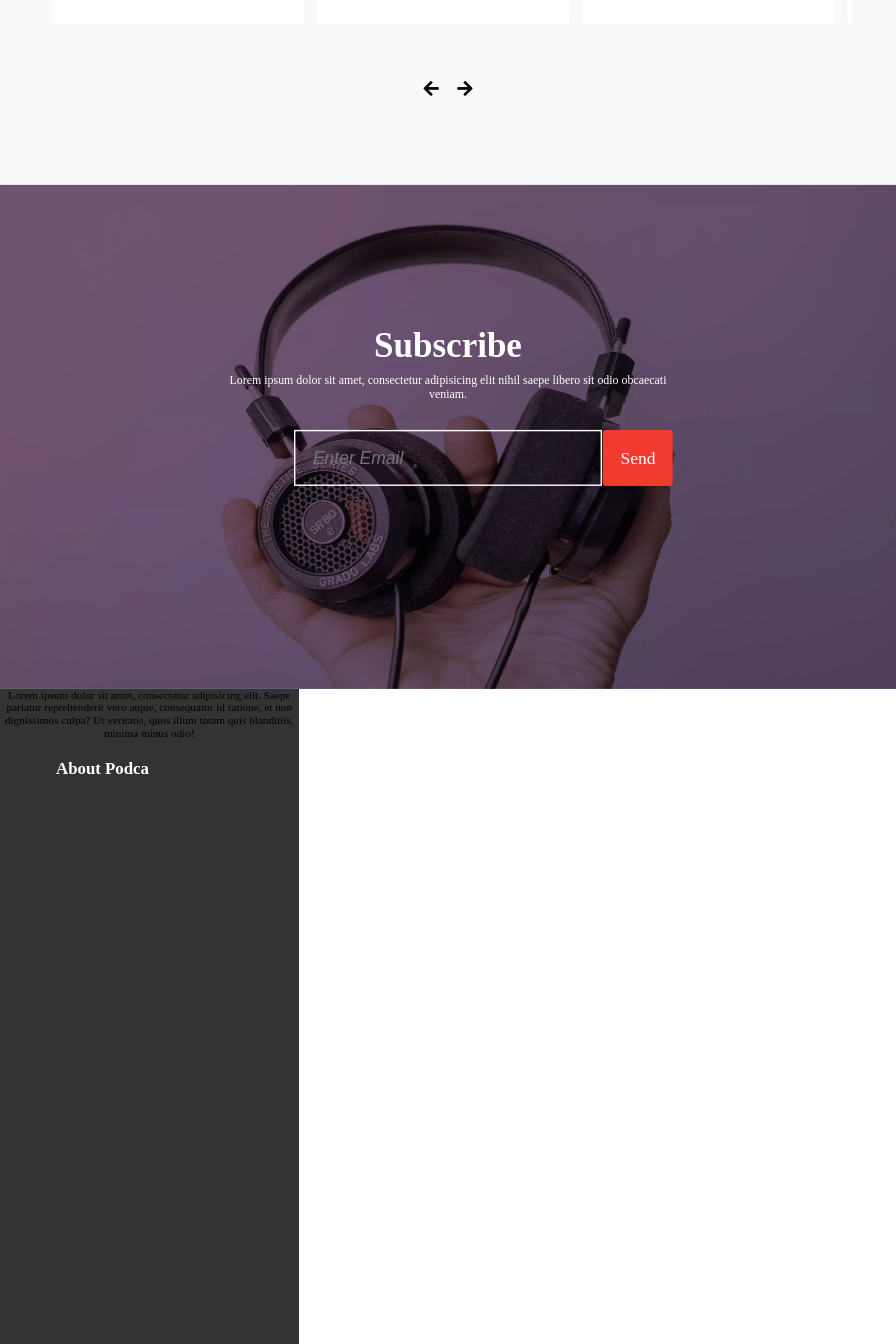
Repository: nhutduy0803/template2
Page: index.html
The author's editor kept a copy of each file at every save. The page is drawn from the files as they stood at one save, then again after the next save.
The browser window is 1280 px wide. The pictures show the part of the page from y = 4533 to 6453 px (the page is 6453 px tall), at 70% of full size.

Above is the page before, as saved 2021-12-10 18:30:50.

After the next save:
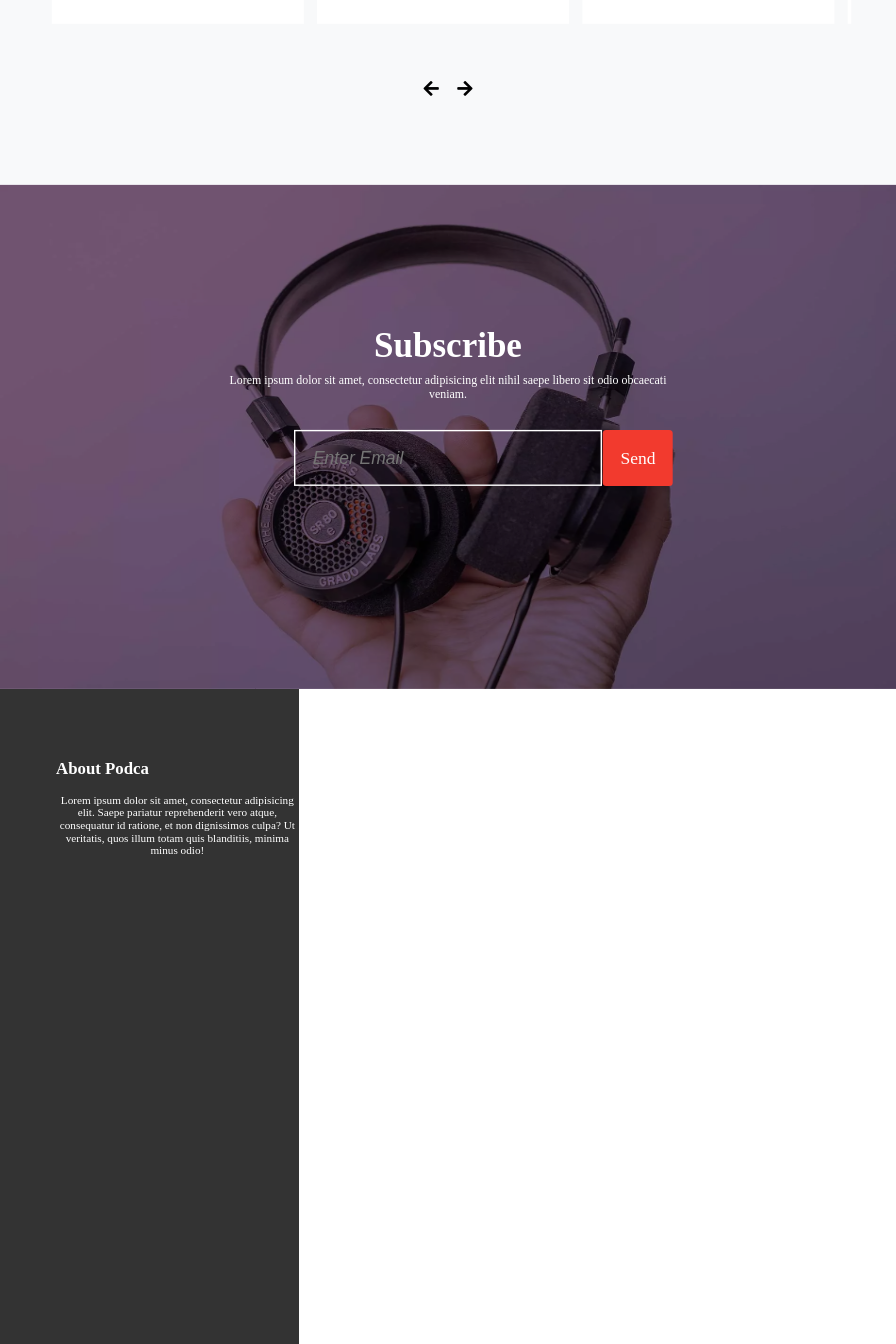
Saved 9 s later.
--- a/assets/css/style.css
+++ b/assets/css/style.css
@@ -811,5 +811,12 @@
   left: 80px;
 }
 
+.footer-right p {
+  position: absolute;
+  top: 150px;
+  color: #fff;
+  left: 80px;
+}
+
 .RecentPodcast-footer {
 }
